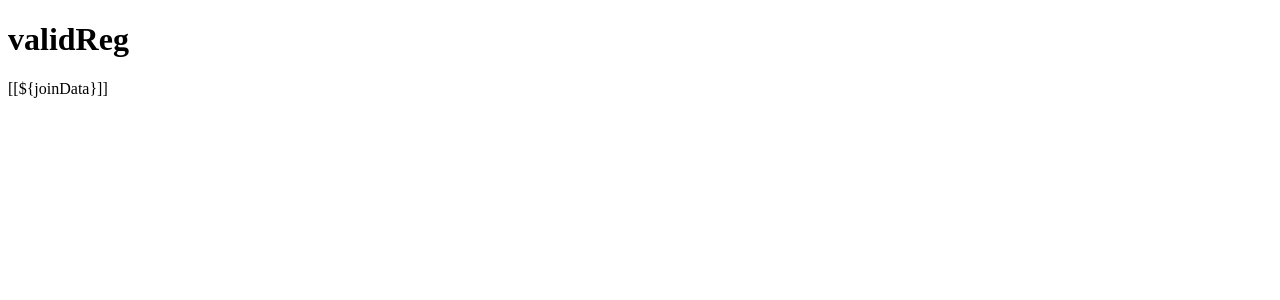
Repository: Yousehyeon/spring_work
Page: stsMvcProj/src/main/webapp/views/form/validReg.html
The author's editor kept a copy of each file at every save. The page is drawn from the files as they stood at one save, then again after the next save.
The browser window is 1280 px wide. The pictures show the whole page.

Above is the page before, as saved 2023-08-25 05:57:42.

### stsMvcProj/src/main/webapp/views/form/validReg.html
<!DOCTYPE html>
<html>
<head>
<meta charset="UTF-8">
<title>validReg</title>
</head>
<body>
<h1>validReg</h1>
[[${joinData}]]
</body>
</html>

After the next save:
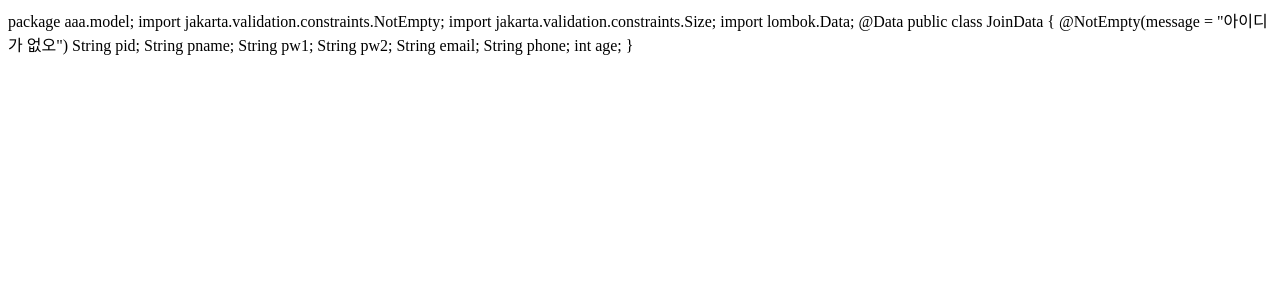
Saved 20 min 27 s later.
--- a/stsMvcProj/src/main/webapp/views/form/validReg.html
+++ b/stsMvcProj/src/main/webapp/views/form/validReg.html
@@ -1,11 +1,20 @@
-<!DOCTYPE html>
-<html>
-<head>
-<meta charset="UTF-8">
-<title>validReg</title>
-</head>
-<body>
-<h1>validReg</h1>
-[[${joinData}]]
-</body>
-</html>
+package aaa.model;
+
+import jakarta.validation.constraints.NotEmpty;
+import jakarta.validation.constraints.Size;
+import lombok.Data;
+
+@Data
+public class JoinData {
+
+	@NotEmpty(message = "아이디가 없오")
+
+	String pid;
+
+	String pname;
+	String pw1;
+	String pw2;
+	String email;
+	String phone;
+	int age;
+}

After the save that followed:
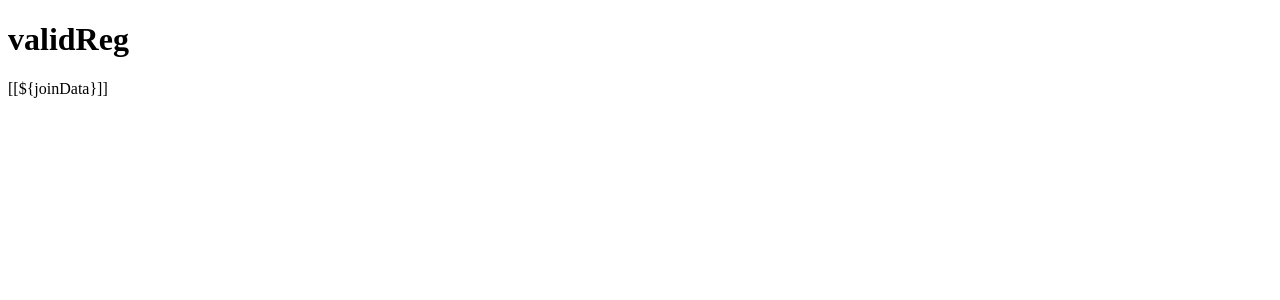
Saved 26 s later.
--- a/stsMvcProj/src/main/webapp/views/form/validReg.html
+++ b/stsMvcProj/src/main/webapp/views/form/validReg.html
@@ -1,20 +1,11 @@
-package aaa.model;
-
-import jakarta.validation.constraints.NotEmpty;
-import jakarta.validation.constraints.Size;
-import lombok.Data;
-
-@Data
-public class JoinData {
-
-	@NotEmpty(message = "아이디가 없오")
-
-	String pid;
-
-	String pname;
-	String pw1;
-	String pw2;
-	String email;
-	String phone;
-	int age;
-}
+<!DOCTYPE html>
+<html>
+<head>
+<meta charset="UTF-8">
+<title>validReg</title>
+</head>
+<body>
+<h1>validReg</h1>
+[[${joinData}]]
+</body>
+</html>
